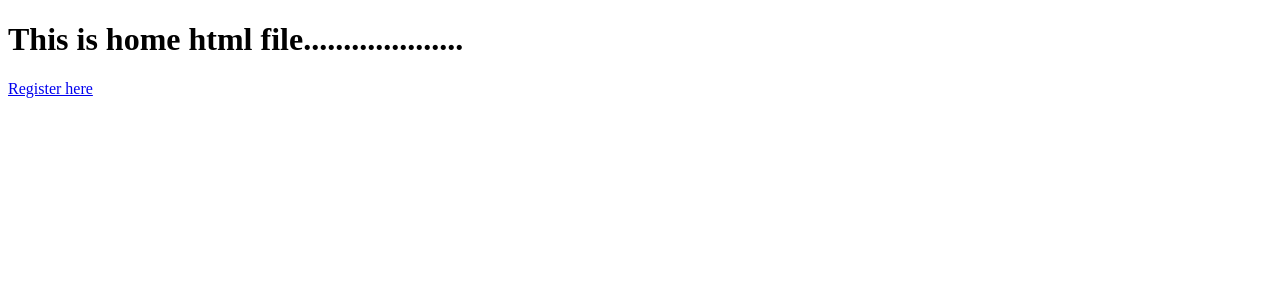
Repository: ShaileshMishr/Javanew
Page: Youtube/src/main/webapp/home.html
These files come from the project's save history. The page is drawn as it stood at one moment and after the next save; the edit follows.
The browser window is 1280 px wide. The pictures show the whole page.

Above is the page before, as saved 2023-10-10 21:50:30.

### Youtube/src/main/webapp/home.html
<!DOCTYPE html>
<html>
<head>
<meta charset="ISO-8859-1">
<title>Insert title here</title>
</head>
<body>
<h1>This is home html file....................</h1>
<a href="index.html">Register here</a>
</body>
</html>

After the next save:
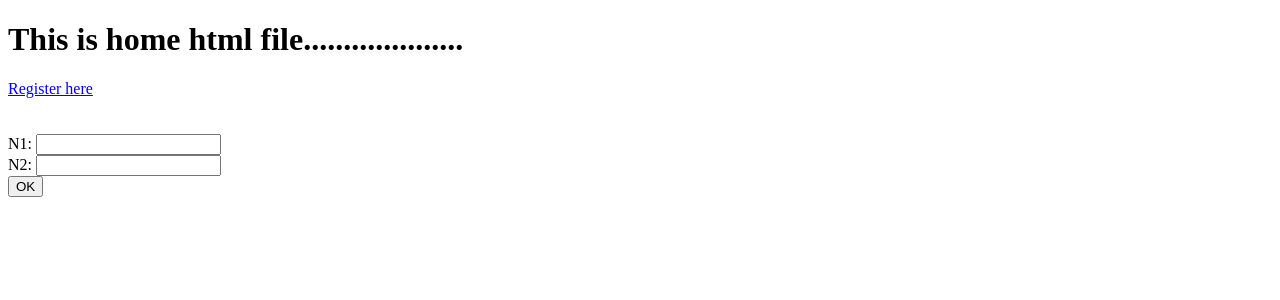
Saved 72 min 5 s later.
--- a/Youtube/src/main/webapp/home.html
+++ b/Youtube/src/main/webapp/home.html
@@ -7,5 +7,21 @@
 <body>
 <h1>This is home html file....................</h1>
 <a href="index.html">Register here</a>
+<br>
+<br>
+<br>
+
+<form action="s1">
+
+	N1: <input type="number" name="n1">
+	<br>
+
+	N2: <input type="number" name="n2">
+	<br>
+
+	<button type="submit">OK</button>
+
+</form>
+
 </body>
 </html>
